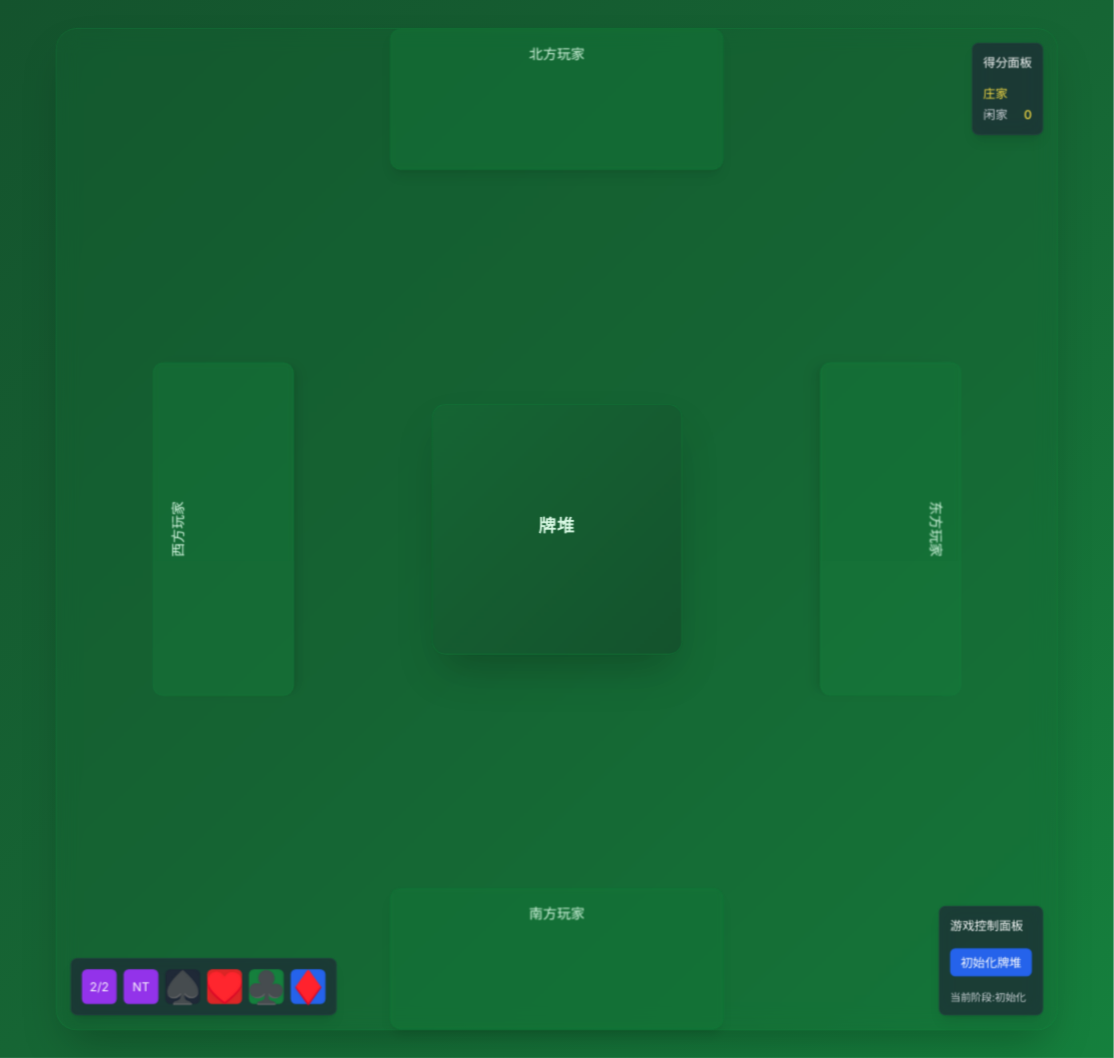
Repository: laofansay/Tractor80
Page: /
An editor plug-in stored every save of this project. The page is shown before and after the next save, followed by the edit.
The browser window is 1280 px wide. The pictures show the whole page, at 87% of full size.
The project was rebuilt for these pictures with package versions that can differ from the ones it lists, and the page was loaded fresh each time. The framework's server and built-in components were replaced by stand-ins that run in the browser. Also part of the build but not shown: next.config.js, app/components/Card.tsx.

Above is the page before, as saved 2025-03-09 00:29:48.

### app/layout.tsx
import type { Metadata } from 'next'
import { Inter } from 'next/font/google'
import './globals.css'

const inter = Inter({ subsets: ['latin'] })

export const metadata: Metadata = {
  title: 'Card Game',
  description: 'A Next.js Card Game Application',
}

export default function RootLayout({
  children,
}: {
  children: React.ReactNode
}) {
  return (
    <html lang="en">
      <body className={inter.className}>{children}</body>
    </html>
  )
}

### app/globals.css
@tailwind base;
@tailwind components;
@tailwind utilities;

:root {
  --foreground-rgb: 0, 0, 0;
  --background-start-rgb: 214, 219, 220;
  --background-end-rgb: 255, 255, 255;
}

@media (prefers-color-scheme: dark) {
  :root {
    --foreground-rgb: 255, 255, 255;
    --background-start-rgb: 0, 0, 0;
    --background-end-rgb: 0, 0, 0;
  }
}

body {
  color: rgb(var(--foreground-rgb));
  background: linear-gradient(
    to bottom,
    transparent,
    rgb(var(--background-end-rgb))
  )
  rgb(var(--background-start-rgb));
}

### app/components/AdminPanel.tsx
'use client';

import { useState } from 'react';
import { Card } from './Card';

type GamePhase = 'initial' | 'dealing' | 'trumpSelection' | 'pickBottomCards' | 'bottomCards' | 'playing';
type Position = 'north' | 'east' | 'south' | 'west';

type AdminPanelProps = {
    onInitialize: () => void;
    onDeal: () => void;
    onPickBottomCards: () => void;
    onBottomCards: () => void;
    onStartPlaying: () => void;
    gamePhase: GamePhase;
    deckLength: number;
    bottomCardsLength: number;
    lastRound?: Record<Position, string[]>;
    roundCount?: number;
};

export function AdminPanel({
    onInitialize,
    onDeal,
    onPickBottomCards,
    onBottomCards,
    onStartPlaying,
    gamePhase,
    deckLength,
    bottomCardsLength,
    lastRound = { north: [], east: [], south: [], west: [] },
    roundCount = 0
}: AdminPanelProps) {

    return (
        <div className="absolute bottom-4 right-4 p-3 bg-gray-800/70 rounded-lg backdrop-blur-md border border-gray-700/50 shadow-lg">
            <div className="flex flex-col gap-2">
                <div className="text-white text-sm mb-2 font-medium">游戏控制面板</div>

                {(gamePhase === 'initial' || gamePhase === 'playing') && (
                    <button
                        onClick={onInitialize}
                        className="px-3 py-1.5 bg-blue-600 hover:bg-blue-500 text-white rounded-md transition-colors text-sm"
                    >
                        {gamePhase === 'playing' ? '重新开始' : '初始化牌堆'}
                    </button>
                )}

                {gamePhase === 'initial' && deckLength > 0 && (
                    <button
                        onClick={onDeal}
                        className="px-3 py-1.5 bg-green-600 hover:bg-green-500 text-white rounded-md transition-colors text-sm"
                    >
                        开始发牌
                    </button>
                )}

                {gamePhase === 'pickBottomCards' && (
                    <button
                        onClick={onPickBottomCards}
                        className="px-3 py-1.5 bg-yellow-600 hover:bg-yellow-500 text-white rounded-md transition-colors text-sm"
                    >
                        庄家拾底
                    </button>
                )}

                {gamePhase === 'bottomCards' && (
                    <button
                        onClick={onBottomCards}
                        className="px-3 py-1.5 bg-yellow-600 hover:bg-yellow-500 text-white rounded-md transition-colors text-sm"
                    >
                        庄家扣底
                    </button>
                )}

                {gamePhase === 'bottomCards' && (
                    <button
                        onClick={onStartPlaying}
                        className="px-3 py-1.5 bg-red-600 hover:bg-red-500 text-white rounded-md transition-colors text-sm"
                    >
                        开始出牌
                    </button>
                )}

                <div className="text-gray-300 text-xs mt-2">
                    当前阶段:
                    {gamePhase === 'initial' && '初始化'}
                    {gamePhase === 'dealing' && '发牌中'}
                    {gamePhase === 'trumpSelection' && '亮主阶段'}
                    {gamePhase === 'pickBottomCards' && '庄家拾底'}
                    {gamePhase === 'bottomCards' && '庄家扣底'}
                    {gamePhase === 'playing' && '出牌阶段'}
                </div>
            </div>
        </div>
    );
}

### app/components/SoundEffect.tsx
'use client';

import { audioManager } from './AudioManager';

export class SoundEffect {
    static #instance;

    constructor() {
        // 私有构造函数，确保单例模式
    }

    public static getInstance(): SoundEffect {
        if (!SoundEffect.#instance) {
            SoundEffect.#instance = new SoundEffect();
        }
        return SoundEffect.#instance;
    }

    /**
     * 预加载音效
     * @param soundId 音效ID
     * @param soundPath 音效文件路径
     * @param fallbackSoundPath 备用音效路径（可选）
     */
    public preloadSound(soundId: string, soundPath: string, fallbackSoundPath?: string): void {
        if (typeof window === 'undefined') return; // 服务器端不执行

        // 使用AudioManager来处理音频加载
        audioManager.preloadSound(soundId, soundPath, fallbackSoundPath);
    }

    /**
     * 播放音效
     * @param soundId 音效ID
     * @returns 是否成功播放
     */
    public playSound(soundId: string): boolean {
        if (typeof window === 'undefined') return false; // 服务器端不执行

        // 使用AudioManager来处理音频播放
        return audioManager.playSound(soundId);
    }

    /**
     * 停止播放音效
     * @param soundId 音效ID
     */
    public stopSound(soundId: string): void {
        if (typeof window === 'undefined') return; // 服务器端不执行

        // 使用AudioManager来处理音频停止
        audioManager.stopSound(soundId);
    }

    /**
     * 检查音效是否已加载并可以播放
     * @param soundId 音效ID
     * @returns 是否可以播放
     */
    public canPlaySound(soundId: string): boolean {
        if (typeof window === 'undefined') return false; // 服务器端不执行

        // 使用AudioManager来检查音频是否可以播放
        return audioManager.canPlaySound(soundId);
    }

    /**
     * 启用或禁用所有音效
     * @param enabled 是否启用音效
     */
    public setAudioEnabled(enabled: boolean): void {
        audioManager.setAudioEnabled(enabled);
    }

    /**
     * 获取音效是否启用
     * @returns 音效是否启用
     */
    public isAudioEnabled(): boolean {
        return audioManager.isAudioEnabled();
    }
}

// 导出单例实例
export const soundEffect = SoundEffect.getInstance();

### app/components/ScorePanel.tsx
import React from 'react';

interface ScorePanelProps {
  scores: {
    north: number;
    east: number;
    south: number;
    west: number;
  };
  dealerPosition: Position;
}

type Position = 'north' | 'east' | 'south' | 'west';

export function ScorePanel({ scores, dealerPosition }: ScorePanelProps) {
  // 计算庄家和闲家的总分
  const dealerScore = scores[dealerPosition];
  const nonDealerScore = Object.entries(scores)
    .filter(([position]) => position !== dealerPosition)
    .reduce((total, [_, score]) => total + score, 0);

  return (
    <div className="absolute top-4 right-4 p-3 bg-gray-800/70 rounded-lg backdrop-blur-md border border-gray-700/50 shadow-lg">
      <div className="flex flex-col gap-2">
        <div className="text-white text-sm mb-2 font-medium">得分面板</div>
        <div className="space-y-1">
          <div className="flex justify-between text-sm">
            <span className="text-yellow-300">庄家</span>
            <span className="text-yellow-300 font-medium ml-4">{dealerScore}</span>
          </div>
          <div className="flex justify-between text-sm">
            <span className="text-gray-300">闲家</span>
            <span className="text-yellow-300 font-medium ml-4">{nonDealerScore}</span>
          </div>
        </div>
      </div>
    </div>
  );
}

### app/components/TrumpSelectionPanel.tsx
'use client';

import React from 'react';

type TrumpSelectionPanelProps = {
  onSelectTrump: (trumpSuit: string | null) => void;
  gamePhase: string;
};

export function TrumpSelectionPanel({ onSelectTrump, gamePhase }: TrumpSelectionPanelProps) {
  // 只在亮主阶段显示
  if (gamePhase !== 'trumpSelection') {
    //return null;
  }

  return (
    <div className="absolute bottom-4 left-4 p-3 bg-gray-800/70 rounded-lg backdrop-blur-md border border-gray-700/50 shadow-lg">
      <div className="flex flex-row gap-2">

        <button
          onClick={() => onSelectTrump(null)}
          className="w-10 h-10 bg-purple-600 hover:bg-purple-500 text-white rounded-md transition-colors text-sm flex items-center justify-center"
          title="升级"
        >
          2/2
        </button>
        <button
          onClick={() => onSelectTrump(null)}
          className="w-10 h-10 bg-purple-600 hover:bg-purple-500 text-white rounded-md transition-colors text-sm flex items-center justify-center"
          title="无主"
        >
          NT
        </button>
        <button
          onClick={() => onSelectTrump('S')}
          className="w-10 h-10 bg-gray-800 hover:bg-gray-700 text-white rounded-md transition-colors text-4xl flex items-center justify-center"
          title="黑桃"
        >
          ♠️
        </button>
        <button
          onClick={() => onSelectTrump('H')}
          className="w-10 h-10 bg-red-600 hover:bg-red-500 text-white rounded-md transition-colors text-4xl flex items-center justify-center"
          title="红桃"
        >
          ♥️
        </button>
        <button
          onClick={() => onSelectTrump('C')}
          className="w-10 h-10 bg-green-700 hover:bg-green-600 text-white rounded-md transition-colors text-4xl flex items-center justify-center"
          title="梅花"
        >
          ♣️
        </button>
        <button
          onClick={() => onSelectTrump('D')}
          className="w-10 h-10 bg-blue-600 hover:bg-blue-500 text-white rounded-md transition-colors text-4xl flex items-center justify-center"
          title="方块"
        >
          ♦️
        </button>
      </div>
    </div>
  );
}

### app/components/AudioManager.tsx
'use client';

/**
 * 音频管理器类
 * 提供音效加载、播放和错误处理功能
 */
export class AudioManager {
  private static instance: AudioManager;
  private audioElements: Map<string, HTMLAudioElement> = new Map();
  private fallbackMode: boolean = false;
  private audioEnabled: boolean = true;

  private constructor() {
    // 私有构造函数，确保单例模式
    this.checkAudioSupport();
  }

  public static getInstance(): AudioManager {
    if (!AudioManager.instance) {
      AudioManager.instance = new AudioManager();
    }
    return AudioManager.instance;
  }

  /**
   * 检查浏览器是否支持音频
   */
  private checkAudioSupport(): void {
    if (typeof window === 'undefined') return;

    try {
      const audio = new Audio();
      this.audioEnabled = !!audio && typeof audio.play === 'function';
      if (!this.audioEnabled) {
        console.warn('当前环境不支持音频播放');
      }
    } catch (error) {
      console.error('检查音频支持时出错:', error);
      this.audioEnabled = false;
    }
  }

  /**
   * 预加载音效
   * @param soundId 音效ID
   * @param soundPath 音效文件路径
   * @param fallbackSoundPath 备用音效路径（可选）
   */
  public preloadSound(soundId: string, soundPath: string, fallbackSoundPath?: string): void {
    if (typeof window === 'undefined' || !this.audioEnabled) return;

    if (!this.audioElements.has(soundId)) {
      try {
        // 确保路径正确，添加基础URL前缀
        const fullPath = soundPath.startsWith('/') ? soundPath : `/${soundPath}`;
        const baseUrl = window.location.origin;
        const absolutePath = new URL(fullPath, baseUrl).toString();

        const audio = new Audio();
        audio.preload = 'auto';

        // 添加加载错误处理
        audio.addEventListener('error', (e) => {
          const errorDetails = {
            code: audio.error?.code,
            message: audio.error?.message,
            path: absolutePath
          };
          console.error(`音效 ${soundId} 加载失败:`, errorDetails);

          // 尝试加载备用音效
          if (fallbackSoundPath && !this.fallbackMode) {
            console.log(`尝试加载备用音效: ${fallbackSoundPath}`);
            this.fallbackMode = true;
            this.preloadSound(soundId, fallbackSoundPath);
          }
        });

        // 添加加载成功处理
        audio.addEventListener('canplaythrough', () => {
          console.log(`音效 ${soundId} 加载成功，可以播放`);
        });

        // 设置音频源
        audio.src = absolutePath;

        this.audioElements.set(soundId, audio);
      } catch (error) {
        console.error(`音效 ${soundId} 初始化失败:`, error);
      }
    }
  }

  /**
   * 播放音效
   * @param soundId 音效ID
   * @returns 是否成功播放
   */
  public playSound(soundId: string): boolean {
    if (typeof window === 'undefined' || !this.audioEnabled) return false;

    const audio = this.audioElements.get(soundId);
    if (audio) {
      // 检查音频是否已加载并可以播放
      if (audio.error) {
        console.error(`音效 ${soundId} 无法播放，加载失败:`, audio.error);
        return false;
      }

      // 检查音频是否已经加载足够的数据可以播放
      if (audio.readyState < 2) { // HAVE_CURRENT_DATA or higher
        console.warn(`音效 ${soundId} 尚未加载完成，无法播放`);
        return false;
      }

      try {
        // 重置音频以便重复播放
        audio.currentTime = 0;
        const playPromise = audio.play();

        if (playPromise !== undefined) {
          playPromise.catch(error => {
            console.error(`播放音效 ${soundId} 失败:`, error);
          });
        }
        return true;
      } catch (error) {
        console.error(`播放音效 ${soundId} 时出错:`, error);
        return false;
      }
    } else {
      console.warn(`音效 ${soundId} 未预加载`);
      return false;
    }
  }

  /**
   * 停止播放音效
   * @param soundId 音效ID
   */
  public stopSound(soundId: string): void {
    if (typeof window === 'undefined' || !this.audioEnabled) return;

    const audio = this.audioElements.get(soundId);
    if (audio) {
      try {
        audio.pause();
        audio.currentTime = 0;
      } catch (error) {
        console.error(`停止音效 ${soundId} 时出错:`, error);
      }
    }
  }

  /**
   * 检查音效是否已加载并可以播放
   * @param soundId 音效ID
   * @returns 是否可以播放
   */
  public canPlaySound(soundId: string): boolean {
    if (typeof window === 'undefined' || !this.audioEnabled) return false;

    const audio = this.audioElements.get(soundId);
    if (!audio) return false;

    // 检查音频元素是否有错误
    if (audio.error) return false;

    // 检查音频是否已经加载足够的数据可以播放
    return audio.readyState >= 2; // HAVE_CURRENT_DATA or higher
  }

  /**
   * 启用或禁用所有音效
   * @param enabled 是否启用音效
   */
  public setAudioEnabled(enabled: boolean): void {
    this.audioEnabled = enabled;
  }

  /**
   * 获取音效是否启用
   * @returns 音效是否启用
   */
  public isAudioEnabled(): boolean {
    return this.audioEnabled;
  }

  /**
   * 创建一个简单的音效（用于在无法加载外部音效时使用）
   * @param frequency 频率（赫兹）
   * @param duration 持续时间（毫秒）
   * @param volume 音量（0-1）
   * @returns 音频元素
   */
  public createToneSound(frequency: number = 440, duration: number = 200, volume: number = 0.5): HTMLAudioElement | null {
    if (typeof window === 'undefined' || !this.audioEnabled) return null;

    try {
      // 检查是否支持Web Audio API
      if (!window.AudioContext && !(window as any).webkitAudioContext) {
        console.warn('当前浏览器不支持Web Audio API');
        return null;
      }

      const AudioContext = window.AudioContext || (window as any).webkitAudioContext;
      const audioCtx = new AudioContext();

      // 创建振荡器
      const oscillator = audioCtx.createOscillator();
      oscillator.type = 'sine';
      oscillator.frequency.setValueAtTime(frequency, audioCtx.currentTime);

      // 创建音量控制
      const gainNode = audioCtx.createGain();
      gainNode.gain.setValueAtTime(volume, audioCtx.currentTime);

      // 连接节点
      oscillator.connect(gainNode);
      gainNode.connect(audioCtx.destination);

      // 创建音频元素
      const audio = new Audio();

      // 开始振荡
      oscillator.start();

      // 设置定时器停止振荡
      setTimeout(() => {
        oscillator.stop();
        audioCtx.close();
      }, duration);

      return audio;
    } catch (error) {
      console.error('创建音效失败:', error);
      return null;
    }
  }
}

// 导出单例实例
export const audioManager = AudioManager.getInstance();

Loaded but not shown: tailwind.config.js (19 lines, source omitted); app/page.tsx (581 lines, source omitted); app/components/CardArea.tsx (205 lines, source omitted)

After the next save:
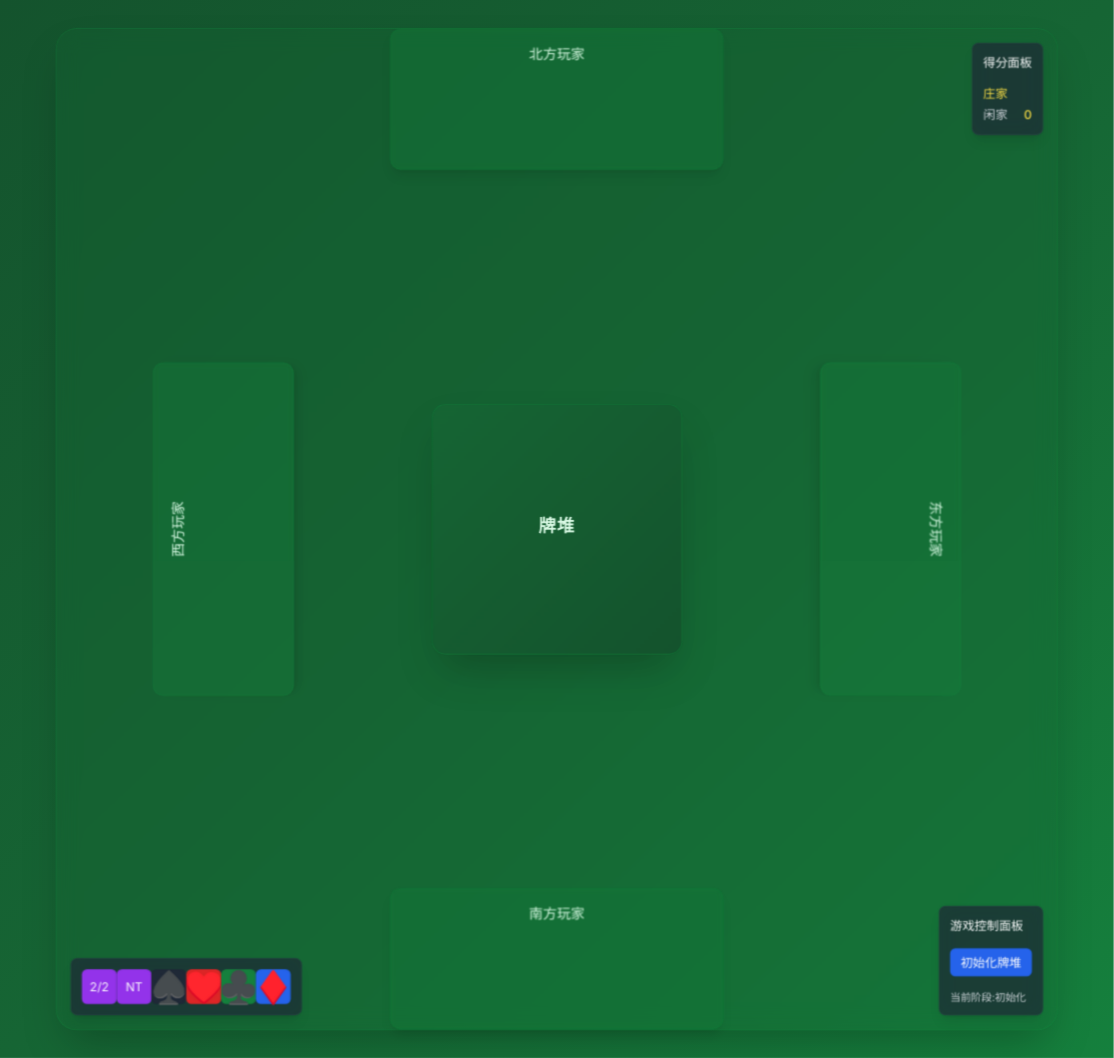
Saved 10 s later.
--- a/app/components/TrumpSelectionPanel.tsx
+++ b/app/components/TrumpSelectionPanel.tsx
@@ -15,7 +15,7 @@ export function TrumpSelectionPanel({ onSelectTrump, gamePhase }: TrumpSelection
 
   return (
     <div className="absolute bottom-4 left-4 p-3 bg-gray-800/70 rounded-lg backdrop-blur-md border border-gray-700/50 shadow-lg">
-      <div className="flex flex-row gap-2">
+      <div className="flex flex-row">
 
         <button
           onClick={() => onSelectTrump(null)}
